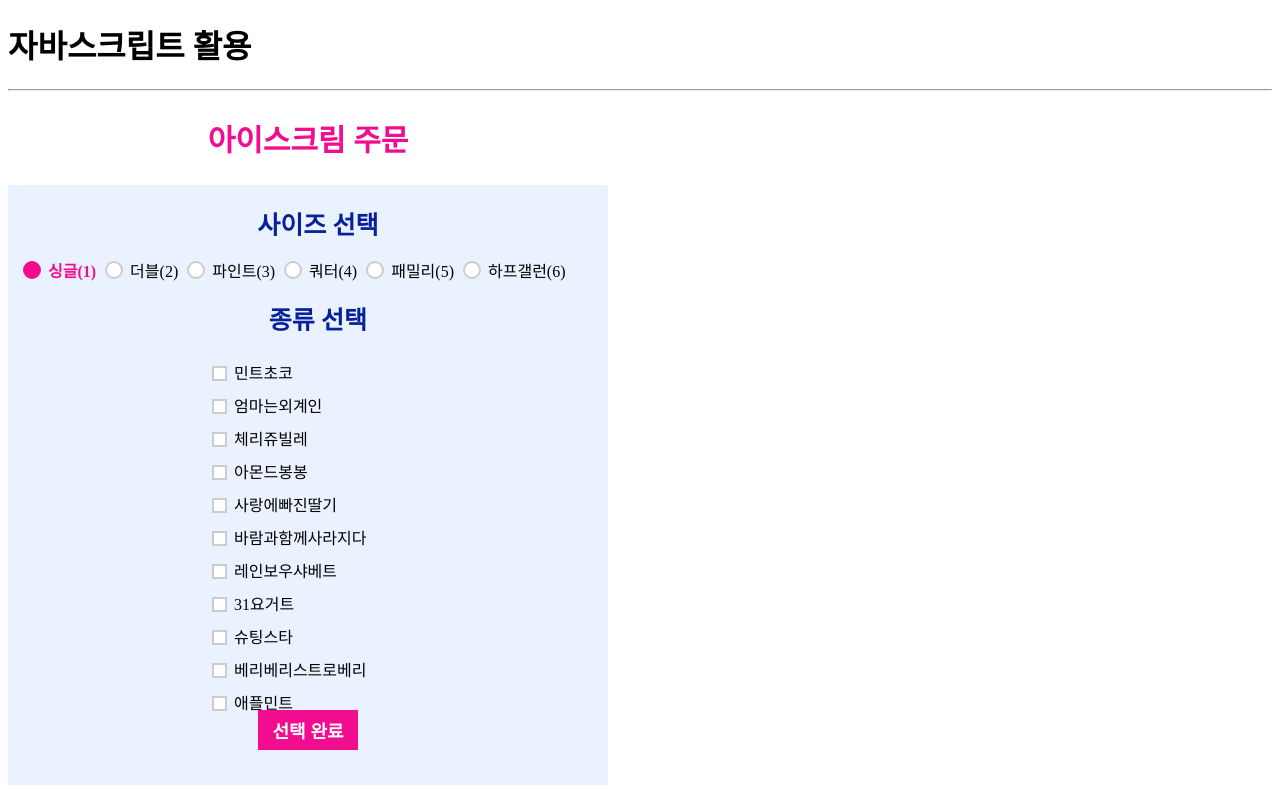
Repository: god5228god/Jsp
Page: WebApp03/WebContent/Test027.html
The author's editor kept a copy of each file at every save. The page is drawn from the files as they stood at one save, then again after the next save.
The browser window is 1280 px wide. The pictures show the whole page.

Above is the page before, as saved 2026-02-25 00:47:38.

### WebApp03/WebContent/Test027.html
<!DOCTYPE html>
<html>
<head>
<meta charset="UTF-8">
<title>Test026.html</title>
<style type="text/css">
form{position: relative; width: 600px; height: 600px;
	background-color: #ebf2ff; padding: 20px 10px; box-sizing: border-box;}
.btn{margin: 20px 0;width: 100px; height: 40px;
	font-size: 18px; border: none;  background-color: #F20C90;
		color: #fff; font-weight: bold; position: absolute; bottom: 15px; left: 250px;}
.btn:hover{background-color: #fff; color: #07219B; border: 3px solid #07219B;}
h2{font-size: 30px; font-weight: bold; color: #f20c90; width: 600px; text-align: center;}
p{font-size: 25px; font-weight: bold; width: 600px; text-align: center; margin: 0; margin-bottom: 15px; color: #07219B;}
.checkWrap{width: 200px; height: 350px;  margin: 0 auto; position: relative;}
.checkWrap>*{margin-bottom: 10px;}

input[type="checkbox"] {
    appearance: none; /* 기본 모양 삭제 */
    width: 15px;
    height: 15px;
    border: 2px solid #ccc;
    cursor: pointer;
  	position: relative; top: 12px;
  	background-color: #fff;
}

input[type="radio"] {
    appearance: none; /* 기본 모양 삭제 */
    width: 18px;
    height: 18px;
    border: 2px solid #ccc;
    border-radius: 50%;
    cursor: pointer;
  	position: relative; top: 2px;
  	background-color: #fff;
}


input[type="checkbox"]:checked, input[type="radio"]:checked {
    background-color: #F20C90; /* 체크되면 핑크색으로 채우기 */
    border-color: #F20C90;
}
input[type="checkbox"]:checked + label{color: #f20c90; font-weight: bold;}
input[type="radio"]:checked + label{color: #f20c90; font-weight: bold;}
}

</style>
<script type="text/javascript">
	let radioObj = document.getElementsByName("size");
	let checkObj = document.getElementsByName("checkGroup");

	function actionChoice(obj){

		let msg = "선택한 항목이 존재하지 않습니다.";
		let cnt = "";
		for(let i = 0 ; i<radioObj.length; i++){
			if(radioObj[i].checked){
				cnt = parseInt(radioObj[i].value);
				break;
			}
		}



		let checkCnt = 0;

		for(let i = 0; i < checkObj.length; i++){
			if(checkObj[i].checked){
				checkCnt++;
			}
		}

		if(checkCnt>cnt){
			setTimeout(() => {
				alert("선택한 갯수가 초과되었습니다.");
				obj.checked = false;

			}, 10);
		}
	}


</script>
</head>
<body>
<div>
	<h1>자바스크립트 활용</h1>
	<hr />
</div>

<div>
	<h2>아이스크림 주문</h2>
	<form>
		<p>사이즈 선택</p>
		<input type="radio" name="size" id="a1" value="1" checked="checked" />
		<label for="a1">싱글(1)</label>
		<input type="radio" name="size" id="b1" value="2" />
		<label for="b1">더블(2)</label>
		<input type="radio" name="size" id="c1" value="3" />
		<label for="c1">파인트(3)</label>
		<input type="radio" name="size" id="d1" value="4" />
		<label for="d1">쿼터(4)</label>
		<input type="radio" name="size" id="e1" value="5" />
		<label for="e1">패밀리(5)</label>
		<input type="radio" name="size" id="f1" value="6" />
		<label for="f1">하프갤런(6)</label>
		<br><br>

		<p>종류 선택</p>
		<div class="checkWrap">
			<input type="checkbox" name="checkGroup" id="a2" value="민트" onclick="actionChoice(this)" />
		 	<label for="a2">민트초코</label><br>
		 	<input type="checkbox" name="checkGroup" id="b2" value="엄마" onclick="actionChoice(this)"/>
		 	<label for="b2">엄마는외계인</label><br>
		 	<input type="checkbox" name="checkGroup" id="c2" value="체리" onclick="actionChoice(this)"/>
		 	<label for="c2">체리쥬빌레</label><br>
		 	<input type="checkbox" name="checkGroup" id="d2" value="봉봉" onclick="actionChoice(this)"/>
		 	<label for="d2">아몬드봉봉</label><br>
		 	<input type="checkbox" name="checkGroup" id="e2" value="사랑" onclick="actionChoice(this)"/>
		 	<label for="e2">사랑에빠진딸기</label><br>
		 	<input type="checkbox" name="checkGroup" id="f2" value="바람" onclick="actionChoice(this)"/>
		 	<label for="f2">바람과함께사라지다</label><br>
		 	<input type="checkbox" name="checkGroup" id="g2" value="레인" onclick="actionChoice(this)"/>
		 	<label for="g2">레인보우샤베트</label><br>
		 	<input type="checkbox" name="checkGroup" id="h2" value="요거" onclick="actionChoice(this)"/>
		 	<label for="h2">31요거트</label><br>
		 	<input type="checkbox" name="checkGroup" id="i2" value="슈팅" onclick="actionChoice(this)"/>
		 	<label for="i2">슈팅스타</label><br>
		 	<input type="checkbox" name="checkGroup" id="j2" value="베리" onclick="actionChoice(this)"/>
		 	<label for="j2">베리베리스트로베리</label><br>
		 	<input type="checkbox" name="checkGroup" id="k2" value="애플" onclick="actionChoice(this)"/>
		 	<label for="k2">애플민트</label><br>
		</div>

		<button type="button" class="btn" >선택 완료</button>
	</form>
</div>
</body>
</html>

After the next save:
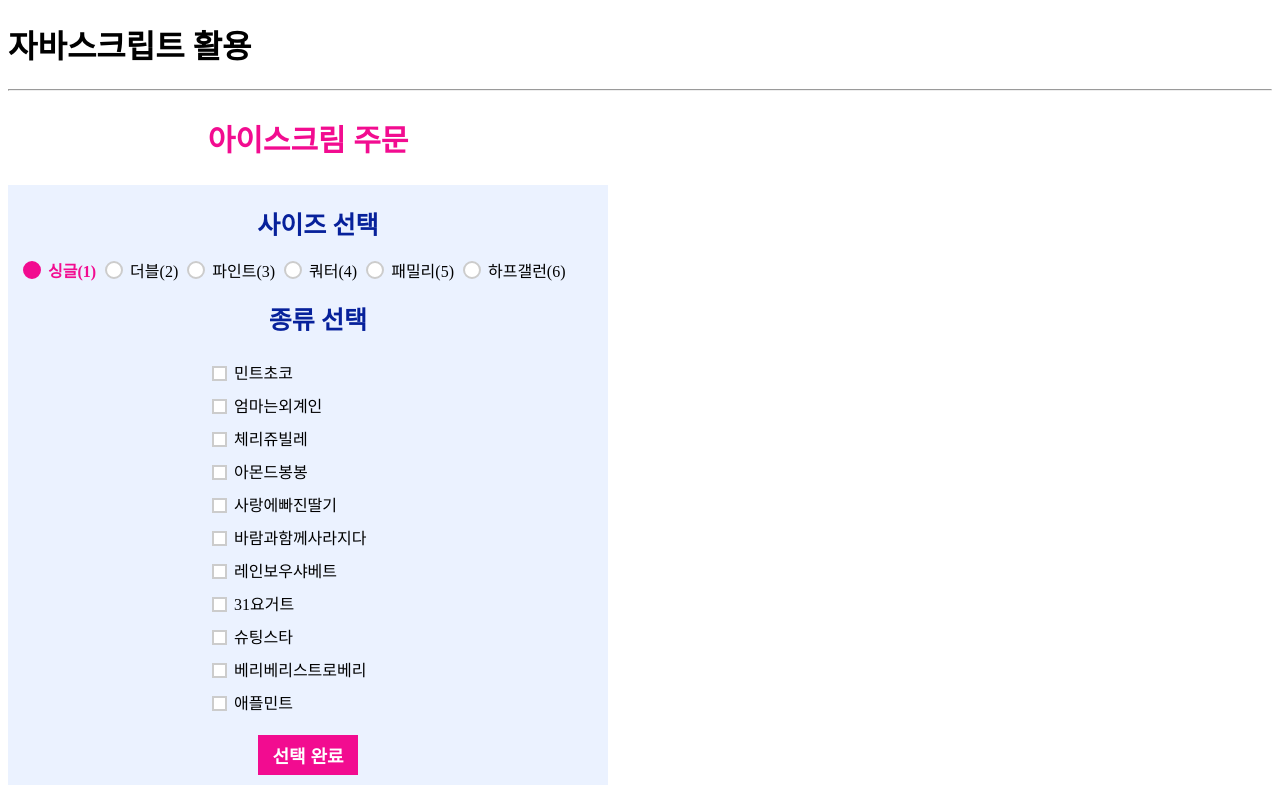
Saved 29 s later.
--- a/WebApp03/WebContent/Test027.html
+++ b/WebApp03/WebContent/Test027.html
@@ -8,7 +8,7 @@ form{position: relative; width: 600px; height: 600px;
 	background-color: #ebf2ff; padding: 20px 10px; box-sizing: border-box;}
 .btn{margin: 20px 0;width: 100px; height: 40px;
 	font-size: 18px; border: none;  background-color: #F20C90;
-		color: #fff; font-weight: bold; position: absolute; bottom: 15px; left: 250px;}
+		color: #fff; font-weight: bold; position: absolute; bottom: -10px; left: 250px;}
 .btn:hover{background-color: #fff; color: #07219B; border: 3px solid #07219B;}
 h2{font-size: 30px; font-weight: bold; color: #f20c90; width: 600px; text-align: center;}
 p{font-size: 25px; font-weight: bold; width: 600px; text-align: center; margin: 0; margin-bottom: 15px; color: #07219B;}
